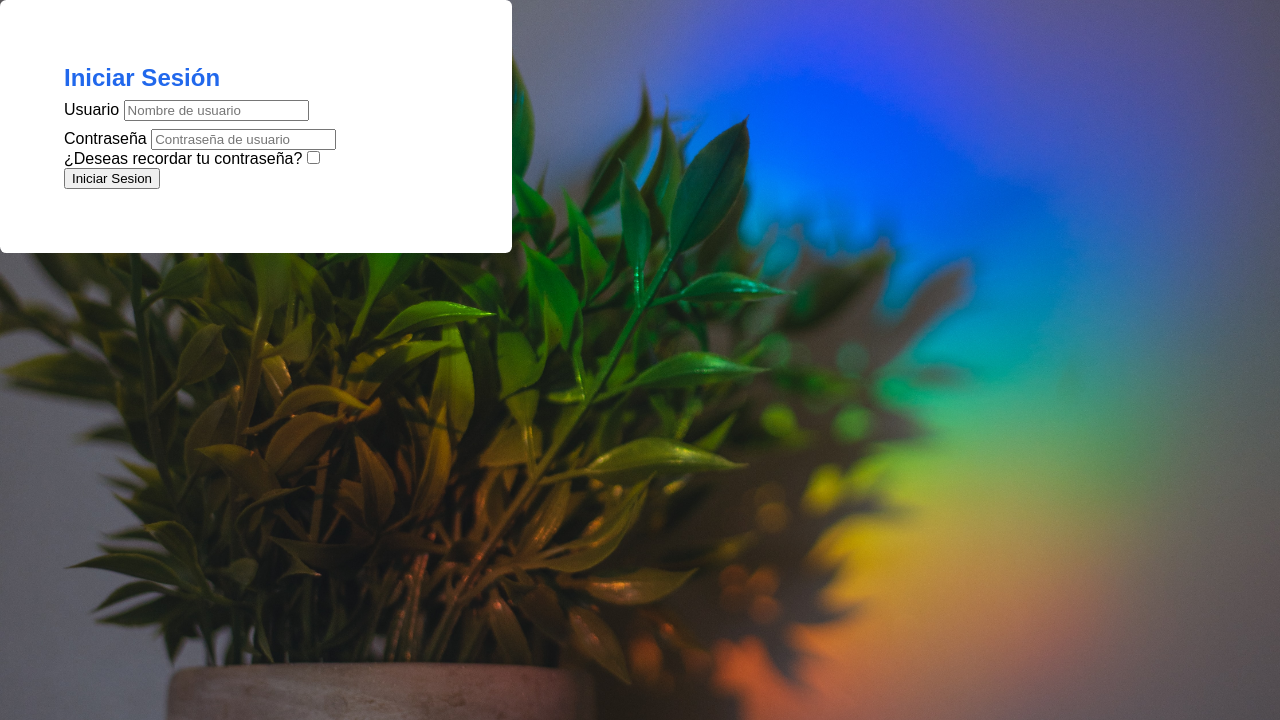
Repository: TzMichaelYT/ModuloHTMLCSS
Page: formularioHTML/index.html
The author's editor kept a copy of each file at every save. The page is drawn from the files as they stood at one save, then again after the next save.
The browser window is 1280 px wide. The pictures show the whole page.

Above is the page before, as saved 2021-07-14 20:30:55.

After the next save:
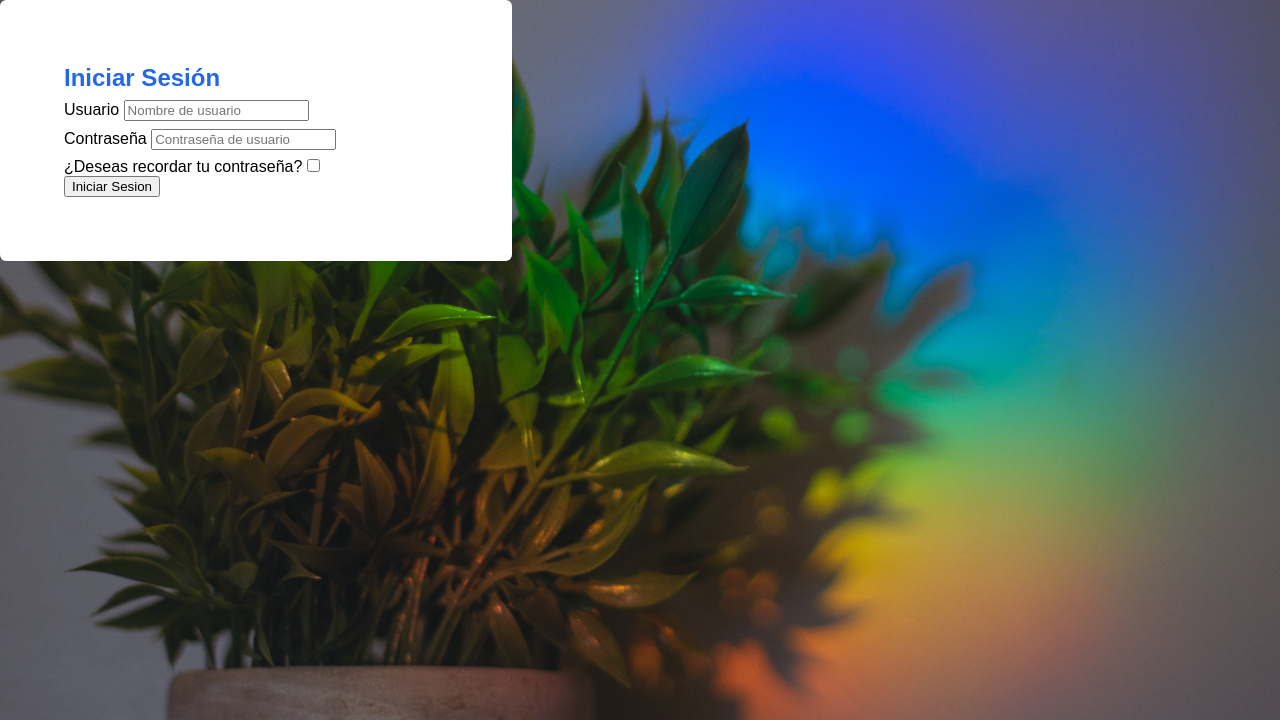
Saved 32 s later.
--- a/formularioHTML/styles/styles.css
+++ b/formularioHTML/styles/styles.css
@@ -36,6 +36,10 @@
     margin-top: 0.5rem;
 }
 
+.checkbox-container {
+    margin-top: 0.5rem;
+}
+
 
 /* estilos de botones */
 
